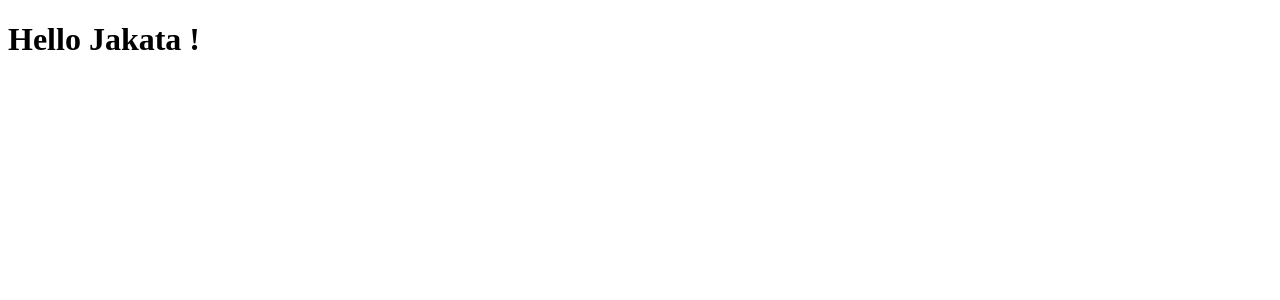
Repository: zuzinmeko/maven_project
Page: 01-hello-jakata/src/main/webapp/index.html
These files come from the project's save history. The page is drawn as it stood at one moment and after the next save; the edit follows.
The browser window is 1280 px wide. The pictures show the whole page.

Above is the page before, as saved 2020-12-11 11:11:18.

After the next save:
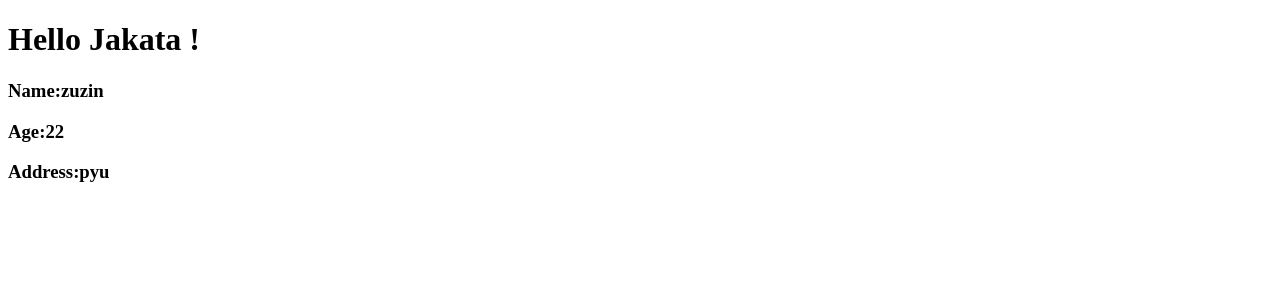
Saved 2 min 6 s later.
--- a/01-hello-jakata/src/main/webapp/index.html
+++ b/01-hello-jakata/src/main/webapp/index.html
@@ -6,5 +6,8 @@
 </head>
 <body>
 <h1>Hello Jakata !</h1>
+<h3>Name:zuzin</h3>
+<h3>Age:22</h3>
+<h3>Address:pyu</h3>
 </body>
 </html>

After the save that followed:
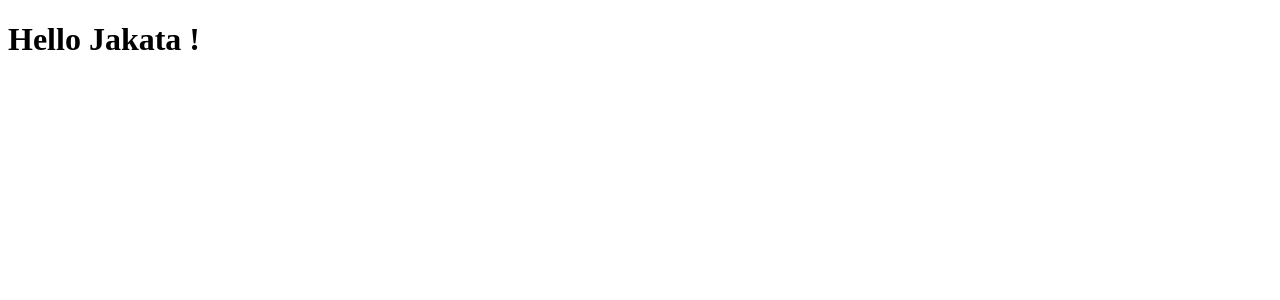
Saved 12 min 47 s later.
--- a/01-hello-jakata/src/main/webapp/index.html
+++ b/01-hello-jakata/src/main/webapp/index.html
@@ -6,8 +6,5 @@
 </head>
 <body>
 <h1>Hello Jakata !</h1>
-<h3>Name:zuzin</h3>
-<h3>Age:22</h3>
-<h3>Address:pyu</h3>
 </body>
 </html>
